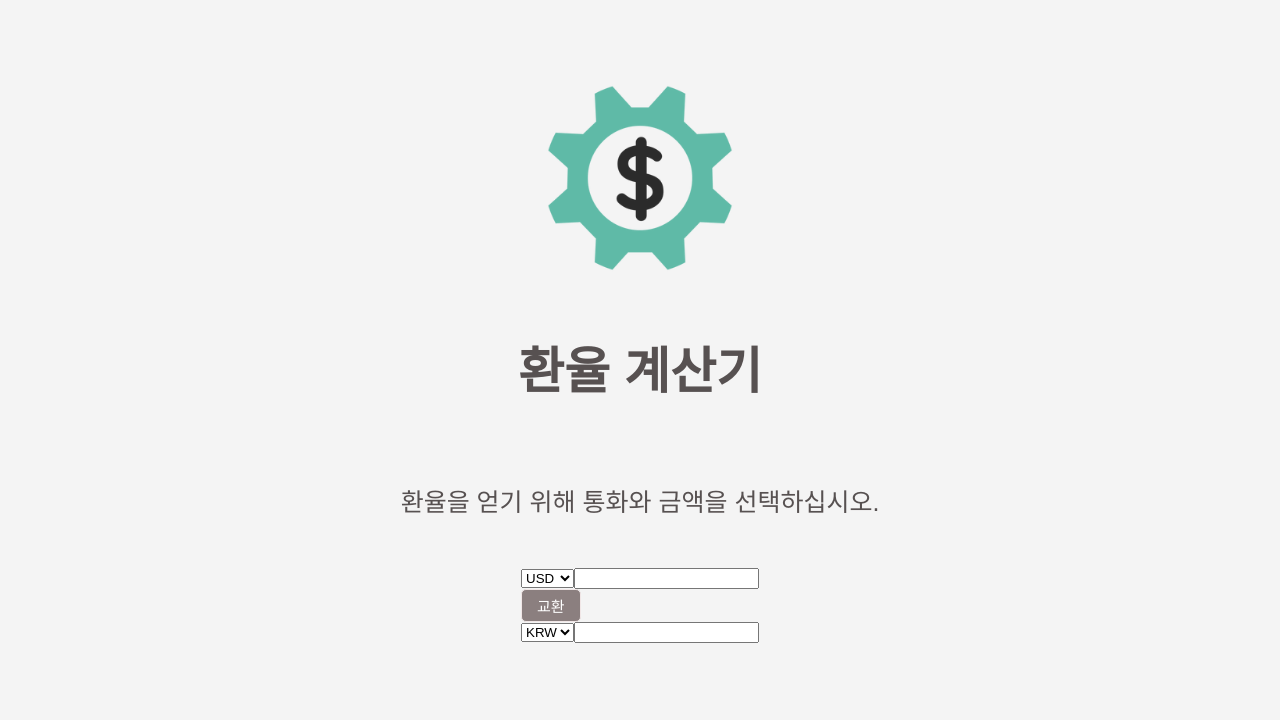
Repository: AbrorjonKuchkarov/exchange-rate
Page: index.html
These files come from the project's save history. The page is drawn as it stood at one moment and after the next save; the edit follows.
The browser window is 1280 px wide. The pictures show the whole page.

Above is the page before, as saved 2022-02-24 01:33:20.

After the next save:
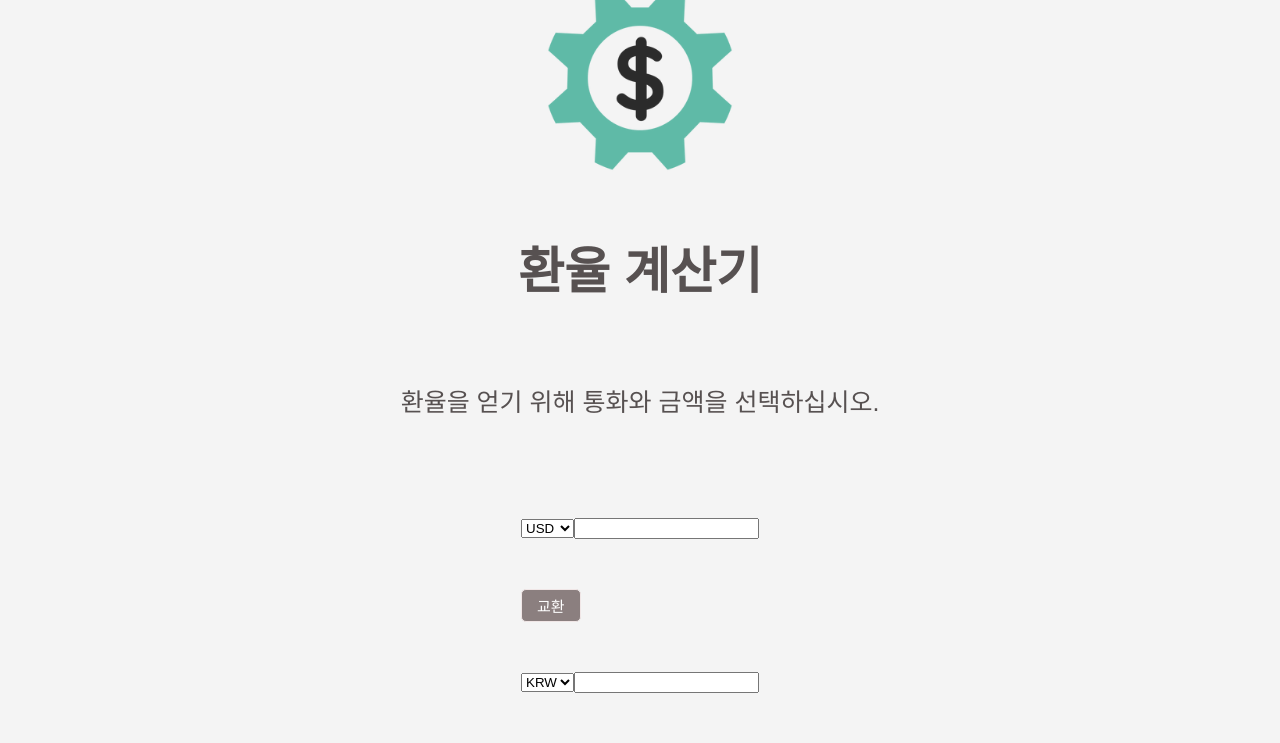
Saved 46 s later.
--- a/style.css
+++ b/style.css
@@ -42,11 +42,11 @@ p{
 }
 
 .currency {
-   /* margin: 30px 0;
-   padding: 20px 0; */
-   display: flex;
-   align-items: center; */
-   /* justify-content: space-between;
+   margin: 30px 0;
+   padding: 20px 0;
+    display: flex;
+   align-items: center;
+   justify-content: space-between;
 }
 
 #selectOne{
